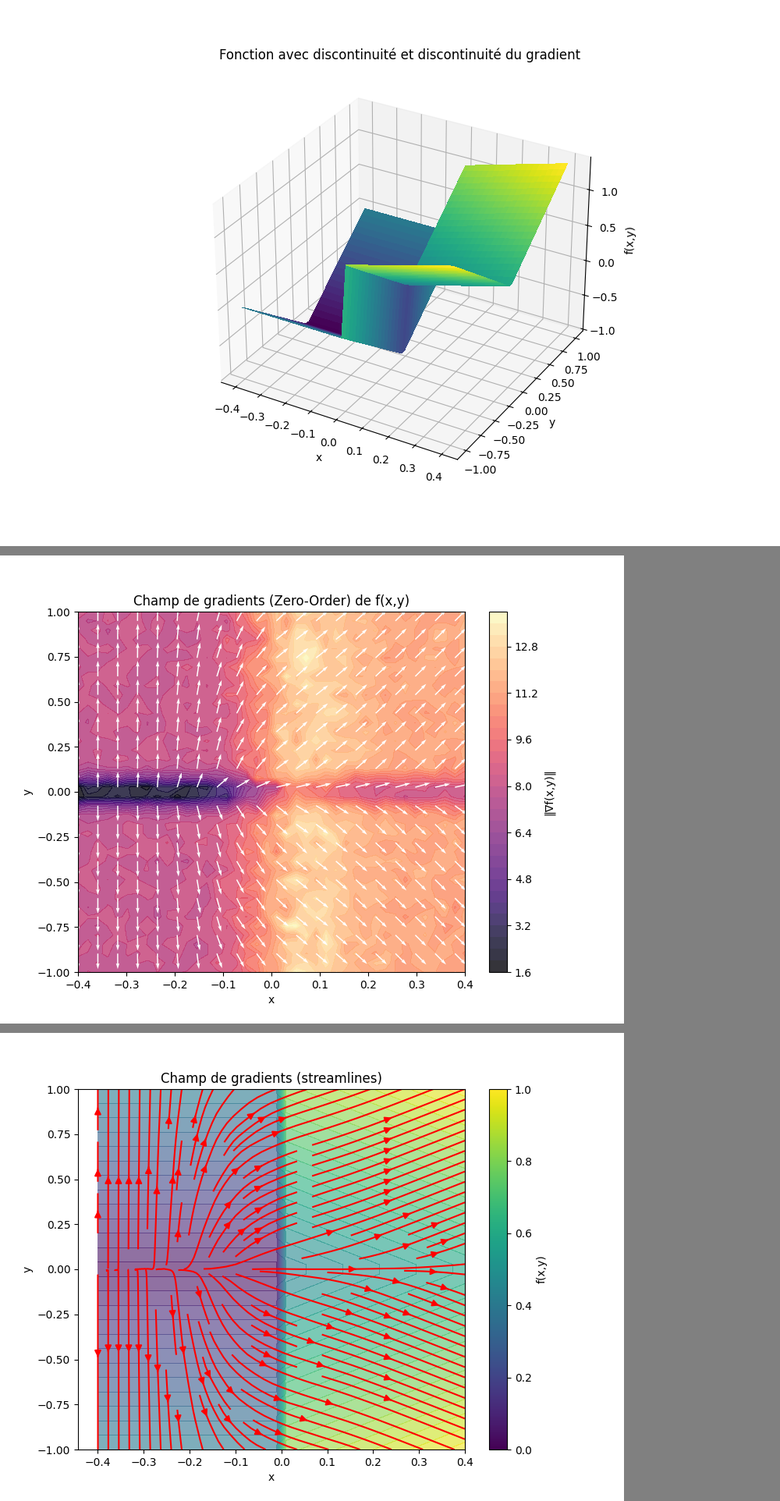
Repository: oomcth/Gradient-smoothing
Script's output: python test2D.py
These files come from the project's save history. The script's output is drawn as it stood at one moment and after the next save; the edit follows.
The pictures are shown at 78% of full size.
Each picture stacks the figures in order, with grey between them; figures that are only written to a file come last. Random numbers start from a fixed seed.

Above is the script's output before, as saved 2025-11-23 23:08:17.

After the next save:
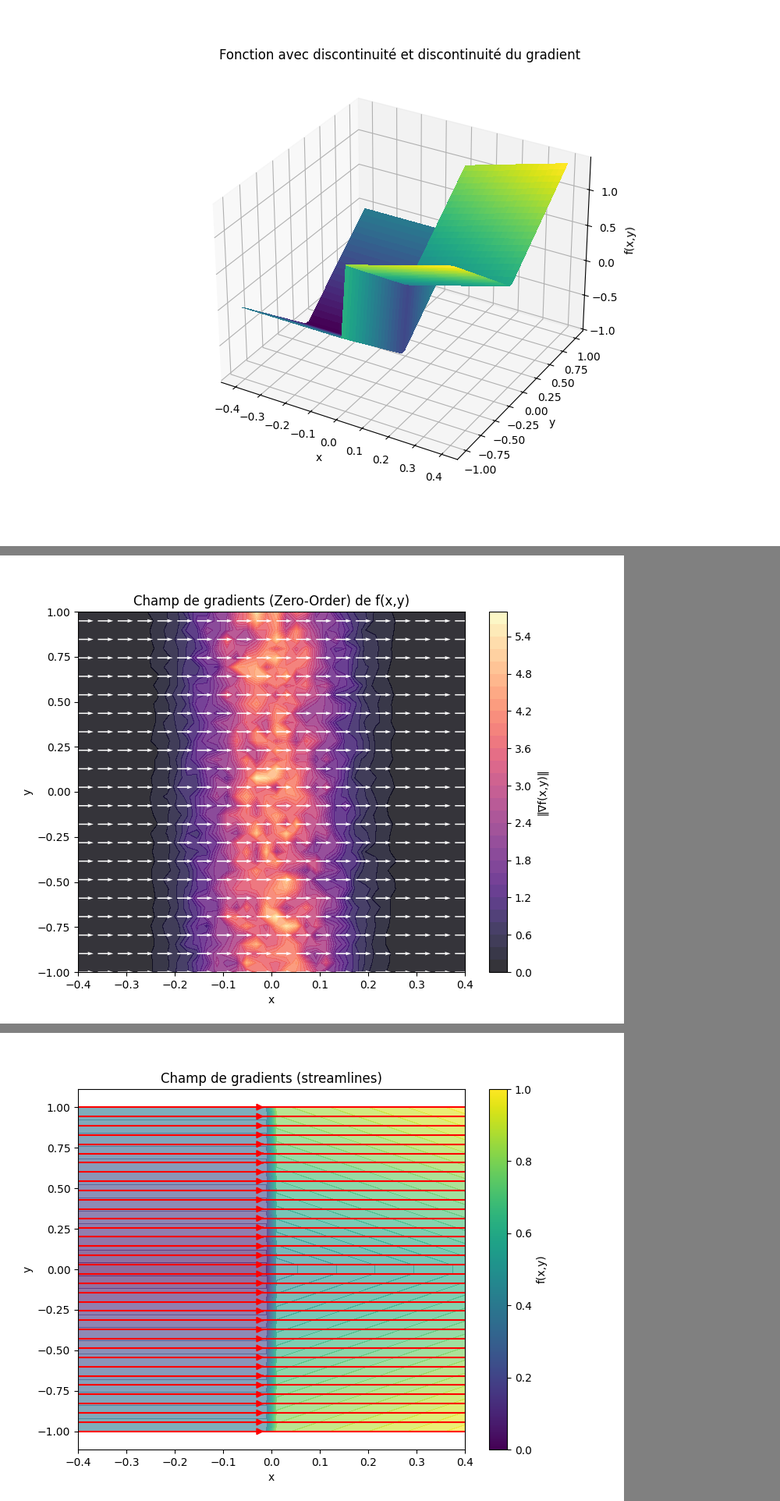
Saved 15 s later.
--- a/test2D.py
+++ b/test2D.py
@@ -48,7 +48,7 @@
     z = np.stack((np.zeros_like(y_s), y_s), axis=1)
     p_surface = gaussian_density(z - X, sigma)
     surf_term = np.array([1.0, 0.0]) * (2 * L / Ns) * np.sum(p_surface)
-    return grads_vals.mean(0) + surf_term
+    return surf_term
 
 
 Xmin = -0.4

After the save that followed:
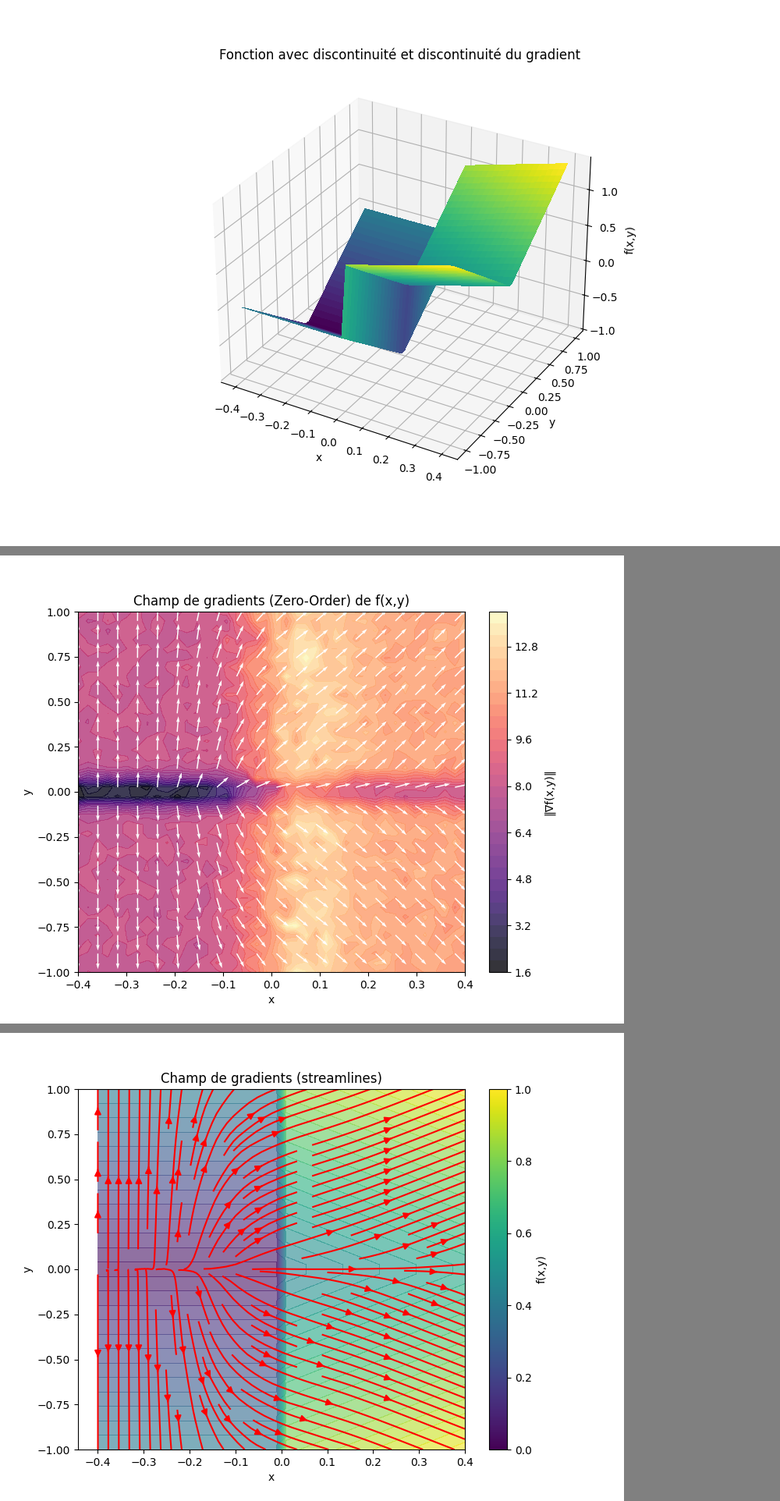
Saved 25 s later.
--- a/test2D.py
+++ b/test2D.py
@@ -48,7 +48,7 @@
     z = np.stack((np.zeros_like(y_s), y_s), axis=1)
     p_surface = gaussian_density(z - X, sigma)
     surf_term = np.array([1.0, 0.0]) * (2 * L / Ns) * np.sum(p_surface)
-    return surf_term
+    return grads_vals.mean(0) + surf_term
 
 
 Xmin = -0.4
